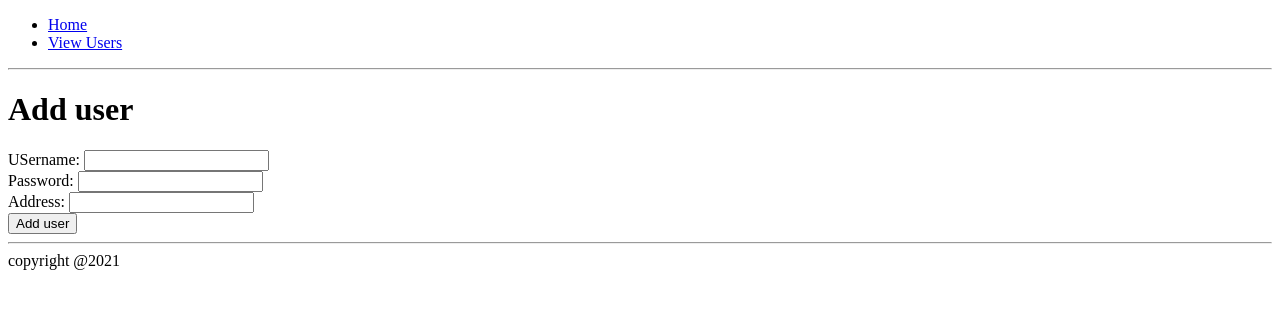
Repository: adit22747/java
Page: http://localhost/casestudy/user/edit-user.jsp
These files come from the project's save history. The page is drawn as it stood at one moment and after the next save; the edit follows.
The browser window is 1280 px wide. The pictures show the whole page.
The page is served by Tomcat 9. Other server files are loaded and not shown.

Above is the page before, as saved 2021-02-03 11:16:51.

### advance_java/programs/casestudy/src/main/webapp/user/edit-user.jsp
<%@include file="header.jsp"%>

<h1>Add user</h1>
<form action="<%=request.getContextPath() %>/UserController/add" method="post">
	USername: <input type="text" name="username">
	<br>
	Password: <input type="password" name="password">
	<br>
	Address: <input type="text" name="address">
	<br>
	<input type="submit" value="Add user">
</form>


<%@include file="footer.jsp"%>

### advance_java/programs/casestudy/src/main/webapp/user/header.jsp
<%@ page language="java" contentType="text/html; charset=ISO-8859-1"
	pageEncoding="ISO-8859-1"%>
<!DOCTYPE html>
<html>
<head>
<meta charset="ISO-8859-1">
<title>Insert title here</title>
</head>
<body>
	<ul>
		<li><a href="#">Home</a></li>
		<li><a href="#">View Users</a></li>
	</ul>
	<hr>

### advance_java/programs/casestudy/src/main/webapp/user/footer.jsp
<hr>
<div>copyright @2021</div>
</body>
</html>

After the next save:
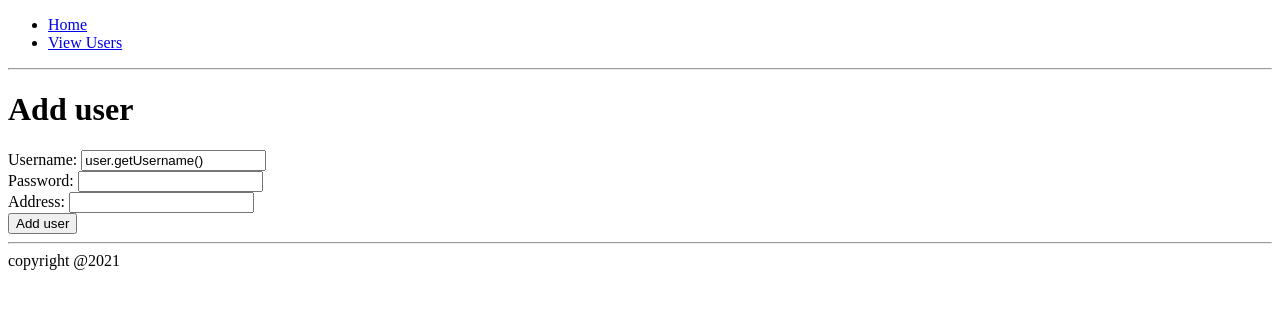
Saved 39 s later.
--- a/advance_java/programs/casestudy/src/main/webapp/user/edit-user.jsp
+++ b/advance_java/programs/casestudy/src/main/webapp/user/edit-user.jsp
@@ -1,8 +1,8 @@
 <%@include file="header.jsp"%>
 
 <h1>Add user</h1>
-<form action="<%=request.getContextPath() %>/UserController/add" method="post">
-	USername: <input type="text" name="username">
+<form action="<%=request.getContextPath() %>/UserController/edit-user" method="post">
+	Username: <input type="text" name="username" value="user.getUsername()">
 	<br>
 	Password: <input type="password" name="password">
 	<br>
